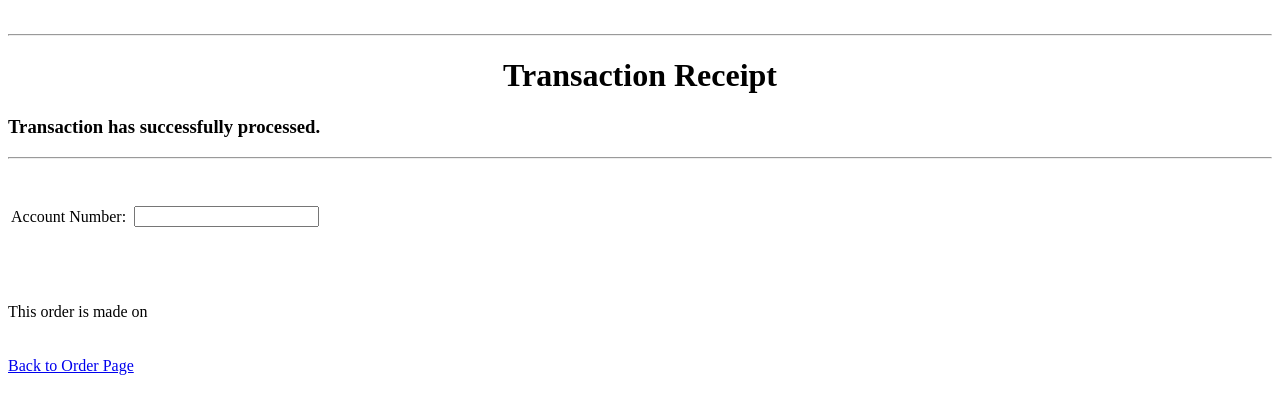
Repository: Jeck97/Mcdonald-Delivery-System
Page: http://localhost/McDelivery/bankService/transactionSuccessPage.jsp
An editor plug-in stored every save of this project. The page is shown before and after the next save, followed by the edit.
The browser window is 1280 px wide. The pictures show the whole page.
The page is served by Tomcat 9.

Above is the page before, as saved 2020-07-12 21:27:35.

After the next save:
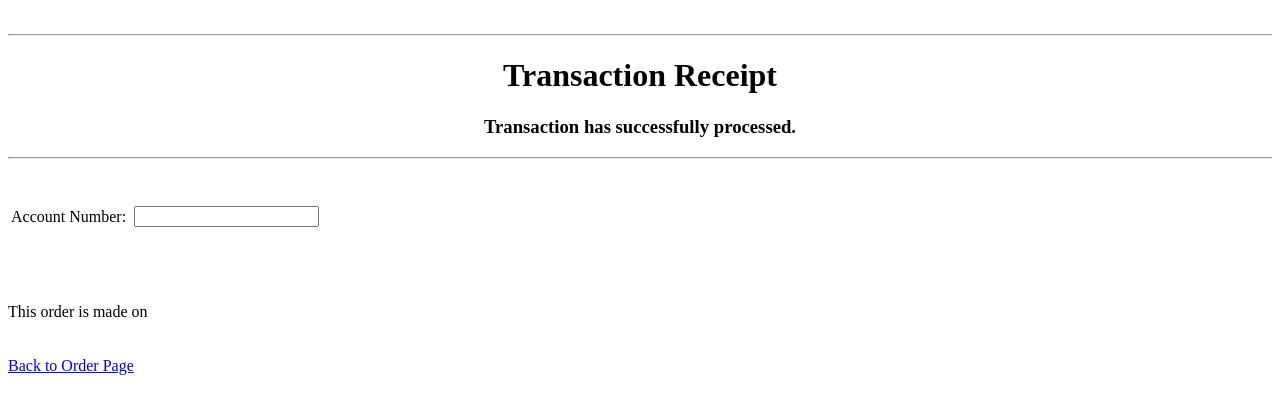
Saved 15 s later.
--- a/McDelivery/WebContent/bankService/transactionSuccessPage.jsp
+++ b/McDelivery/WebContent/bankService/transactionSuccessPage.jsp
@@ -25,7 +25,7 @@
 
 	<h1 style="text-align: center;">Transaction Receipt</h1>
 
-	<h3>Transaction has successfully processed.</h3>
+	<h3 style="text-align: center;">Transaction has successfully processed.</h3>
 
 	<hr>
 
